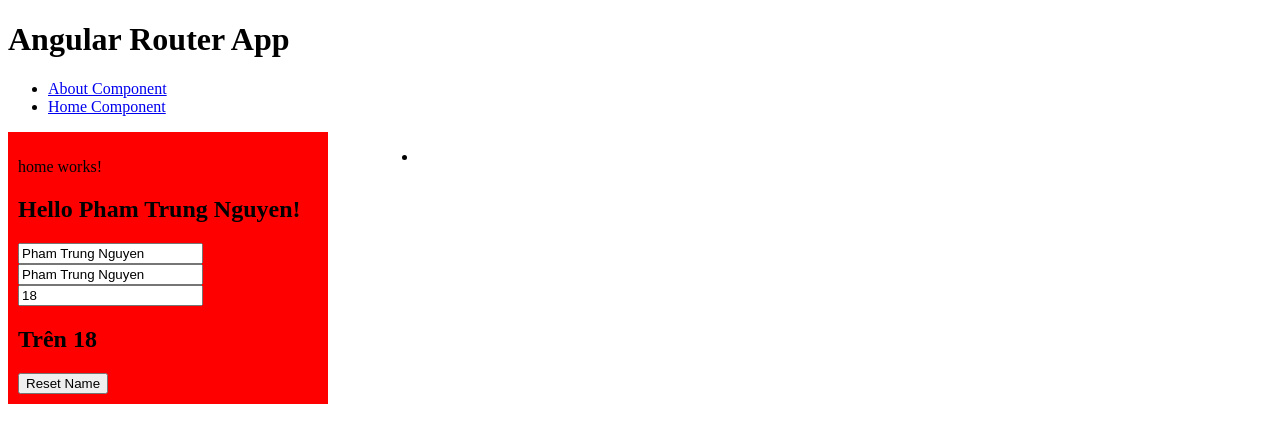
Repository: PhamTrungNguyen/Angular12
Page: / (app in Angular/)
These files come from the project's save history. The page is drawn as it stood at one moment and after the next save; the edit follows.
The browser window is 1280 px wide. The pictures show the whole page.
The project was rebuilt for these pictures with package versions that can differ from the ones it lists, and the page was loaded fresh each time. Also part of the build but not shown: Angular/angular.json, Angular/src/app/about/about.component.ts, Angular/src/app/page-not-found/page-not-found.component.ts.

Above is the page before, as saved 2023-01-03 19:09:35.

After the next save:
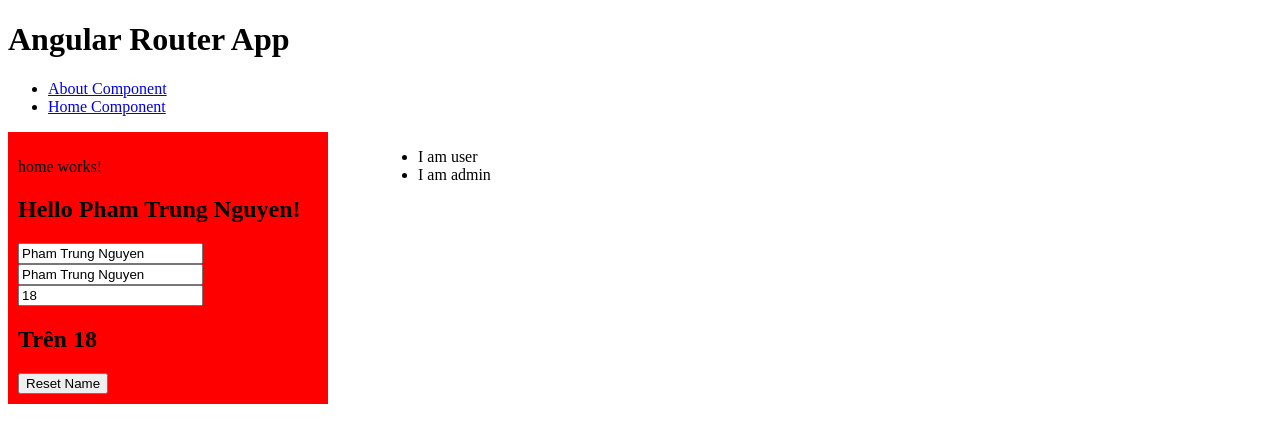
Saved 12 s later.
--- a/Angular/src/app/home/home.component.html
+++ b/Angular/src/app/home/home.component.html
@@ -20,7 +20,10 @@
     <div>
         <ul [ngSwitch]="login">
             <li *ngSwitchCase="user">
-                <span></span>
+                <span>I am user</span>
+            </li>
+            <li *ngSwitchCase="admin">
+                <span>I am admin</span>
             </li>
         </ul>
     </div>
